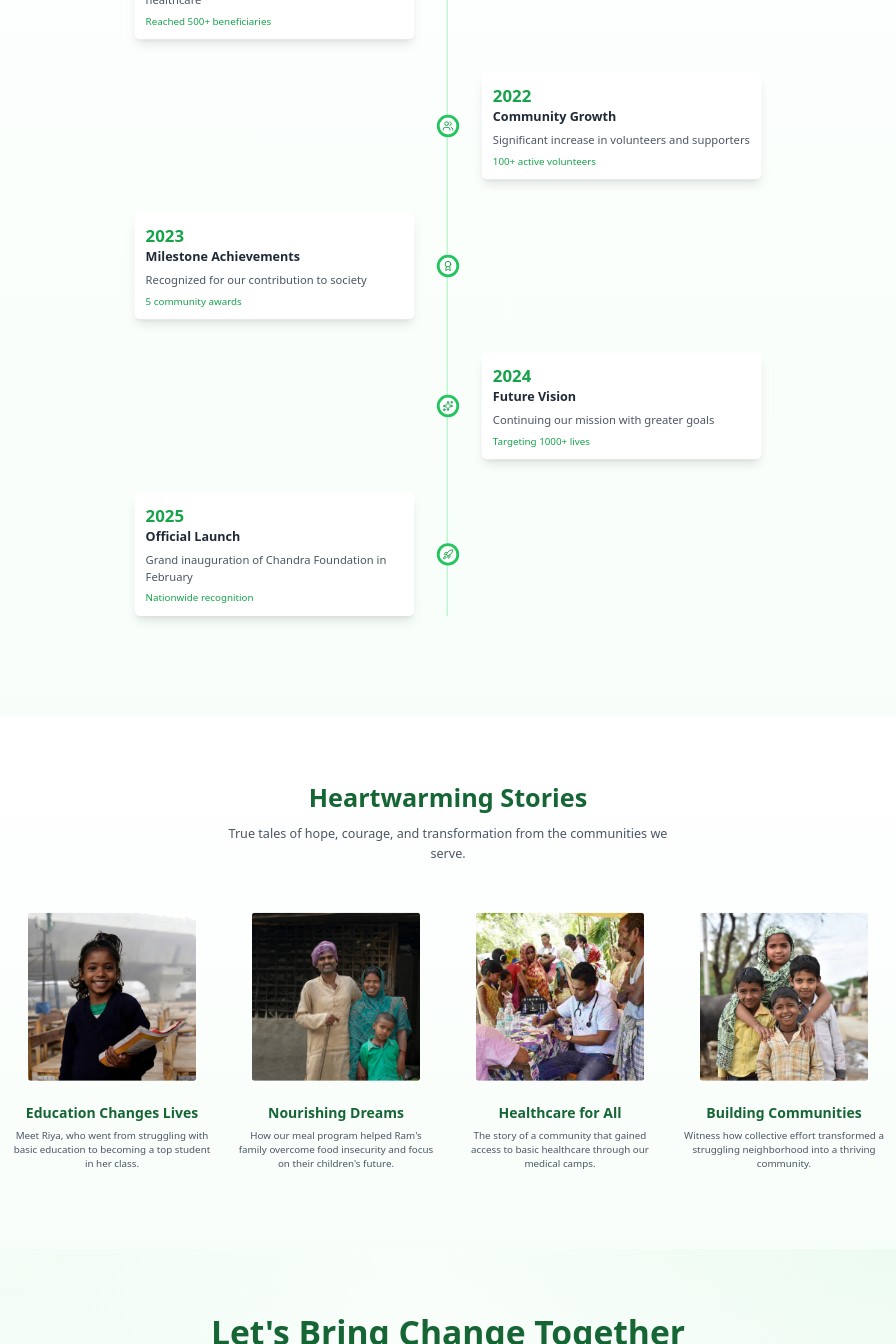
Repository: rajukumar2003/chandra-foundation
Page: /
The author's editor kept a copy of each file at every save. The page is drawn from the files as they stood at one save, then again after a run of saves.
The browser window is 1280 px wide. The pictures show the part of the page from y = 4580 to 6500 px (the page is 7113 px tall before and 7141 px after), at 70% of full size.
The project was rebuilt for these pictures with package versions that can differ from the ones it lists, and the page was loaded fresh each time. The framework's server and built-in components were replaced by stand-ins that run in the browser. Also part of the build but not shown: next.config.ts.

Above is the page before, as saved 2025-04-15 09:07:39.

After the next 8 saves:
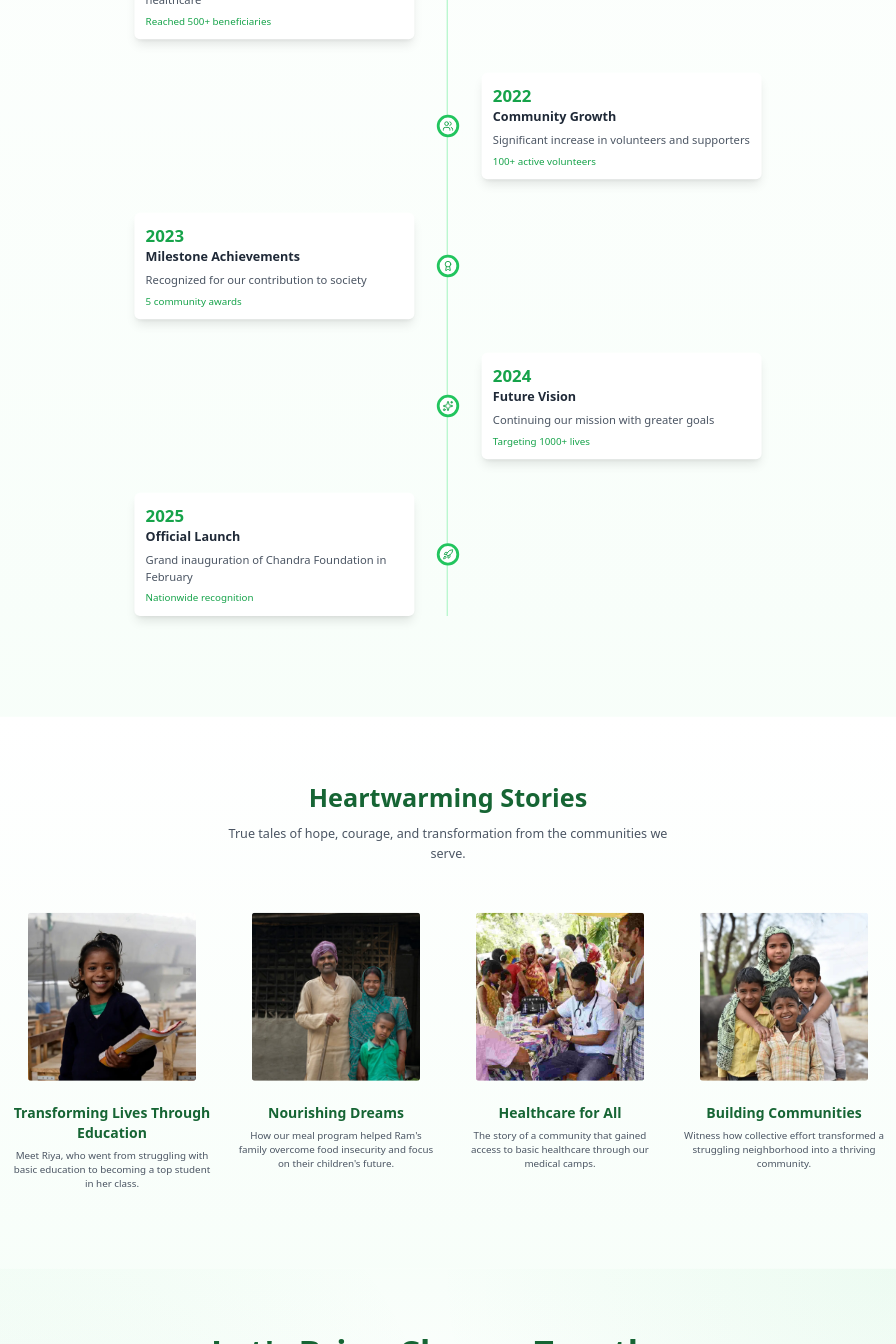
The 8 saves are shown as one change because they came seconds apart.
The last was saved 19 s later.
--- a/app/components/StorySection.tsx
+++ b/app/components/StorySection.tsx
@@ -37,7 +37,7 @@
   const stories = [
     {
       image: "/images/riyaa.jpg",
-      title: "Education Changes Lives",
+      title: translations.story[1].title,
       description: "Meet Riya, who went from struggling with basic education to becoming a top student in her class.",
       category: "Education"
     },
